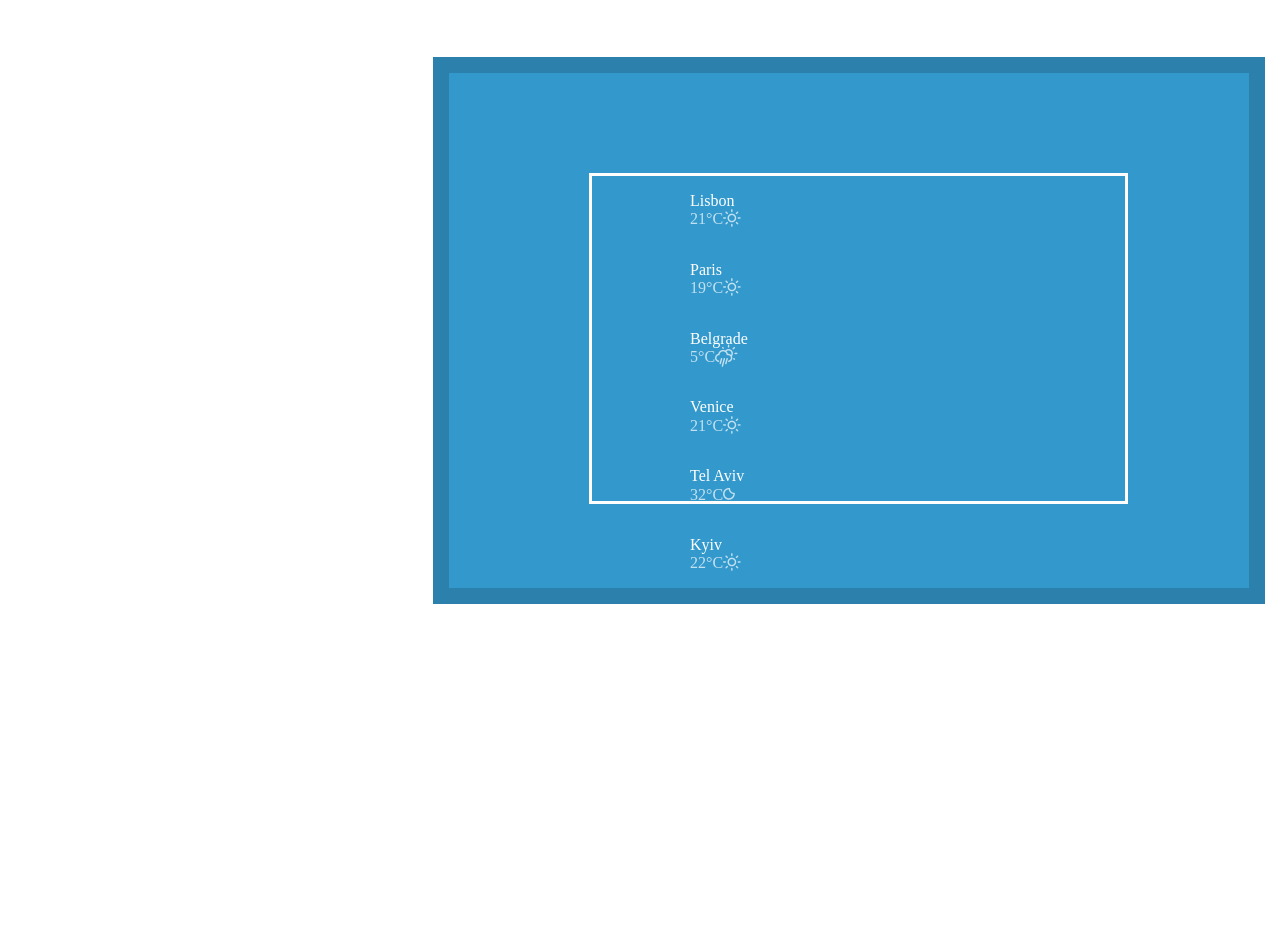
Repository: shpakovskaya/github.io
Page: boxsizing/weatherforecast/index.html
The author's editor kept a copy of each file at every save. The page is drawn from the files as they stood at one save, then again after the next save.
The browser window is 1280 px wide. The pictures show the whole page.

Above is the page before, as saved 2021-11-27 22:25:03.

After the next save:
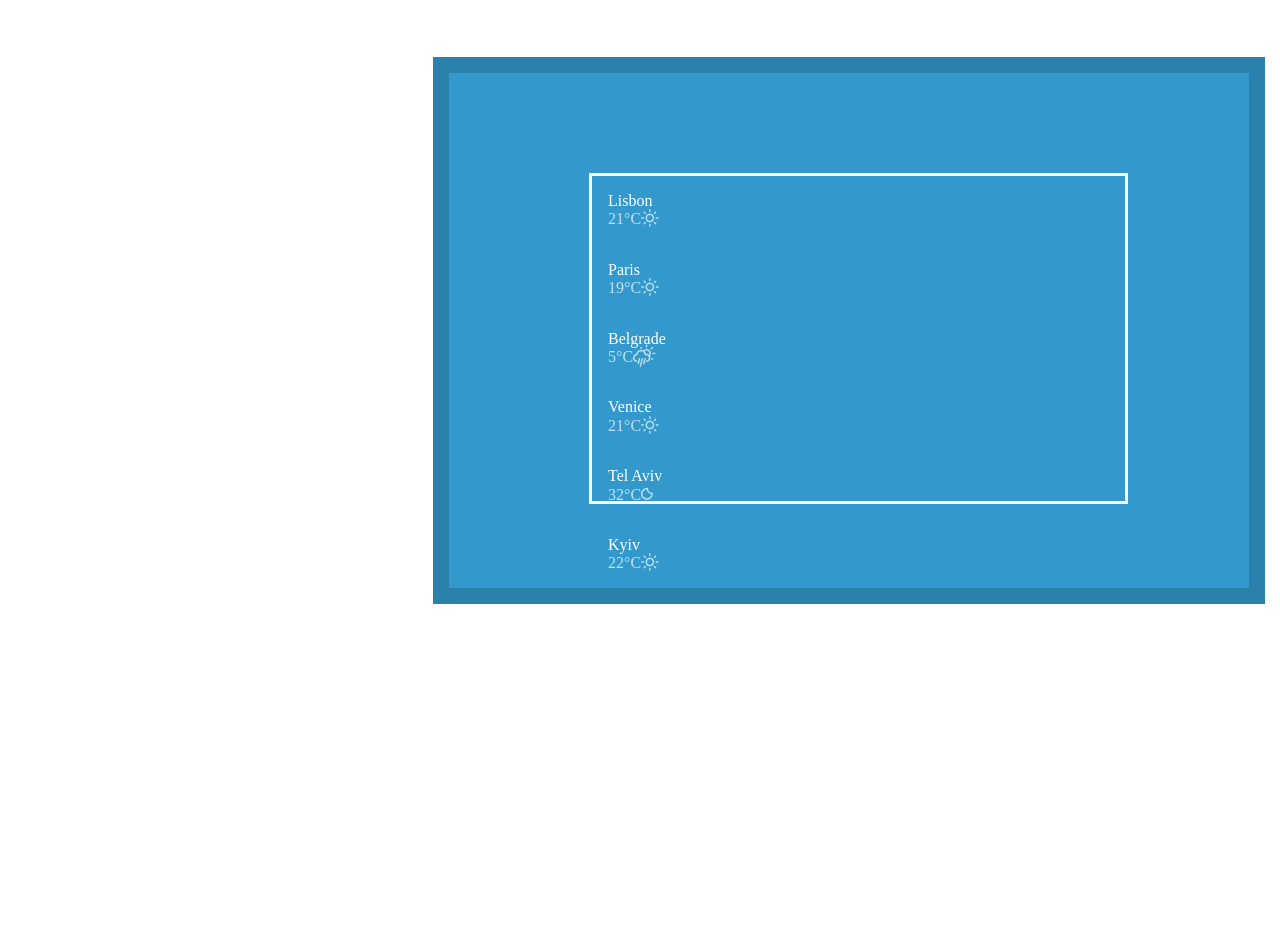
Saved 2 min 35 s later.
--- a/boxsizing/weatherforecast/style.css
+++ b/boxsizing/weatherforecast/style.css
@@ -27,7 +27,7 @@
 
 li {
   list-style: none;
-  padding: 16px 98px;
+  padding: 16px;
 }
 
 span {
